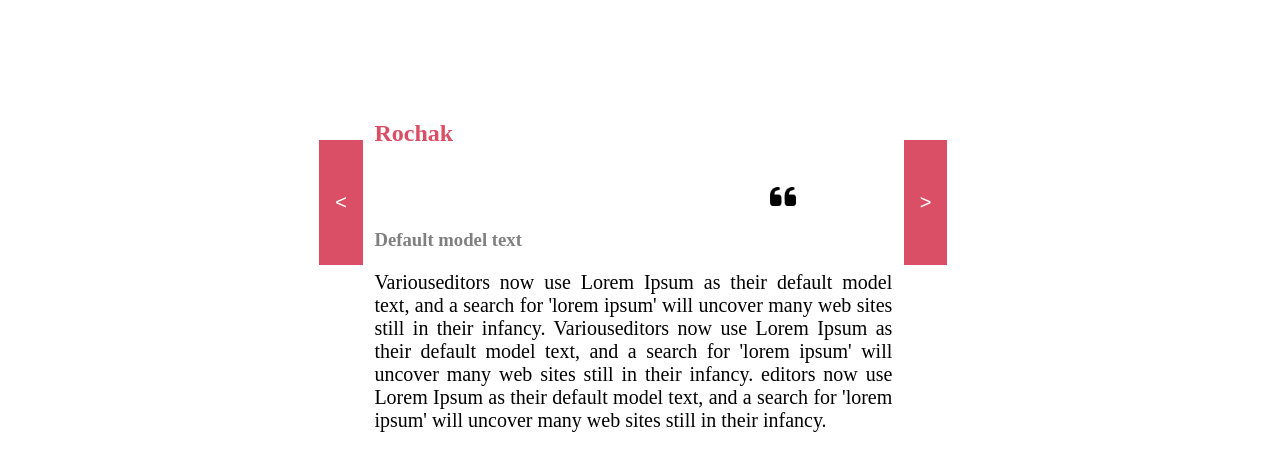
Repository: AVINKUMARP/gifts
Page: demo2.html
These files come from the project's save history. The page is drawn as it stood at one moment and after the next save; the edit follows.
The browser window is 1280 px wide. The pictures show the whole page.

Above is the page before, as saved 2023-08-24 14:13:07.

After the next save:
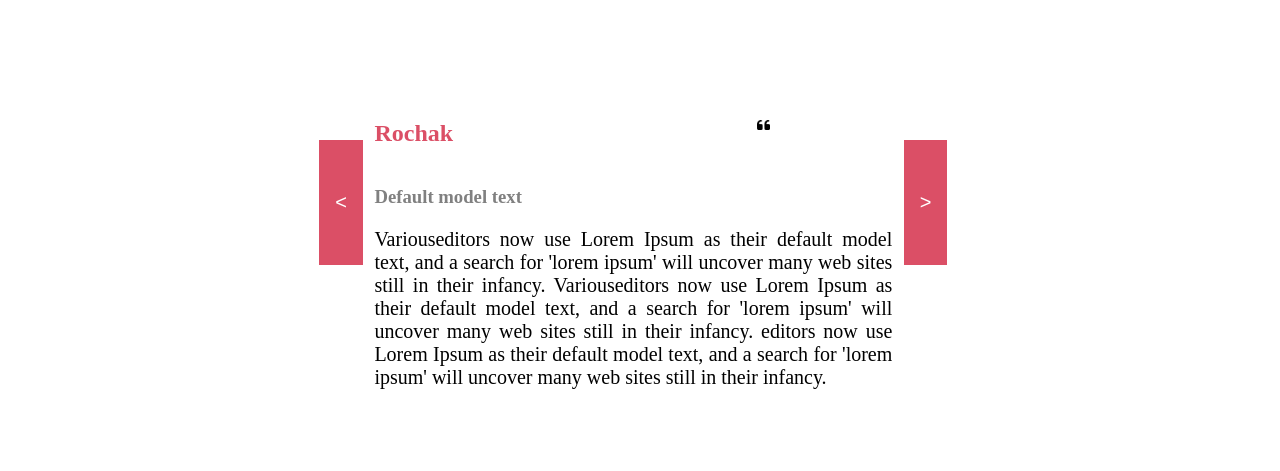
Saved 25 s later.
--- a/demo2.html
+++ b/demo2.html
@@ -54,7 +54,7 @@
         }
         .cicon img{
             padding-top: 20px;
-            padding-left: 300px;
+            text-align: end;
         }
     </style>
 </head>
